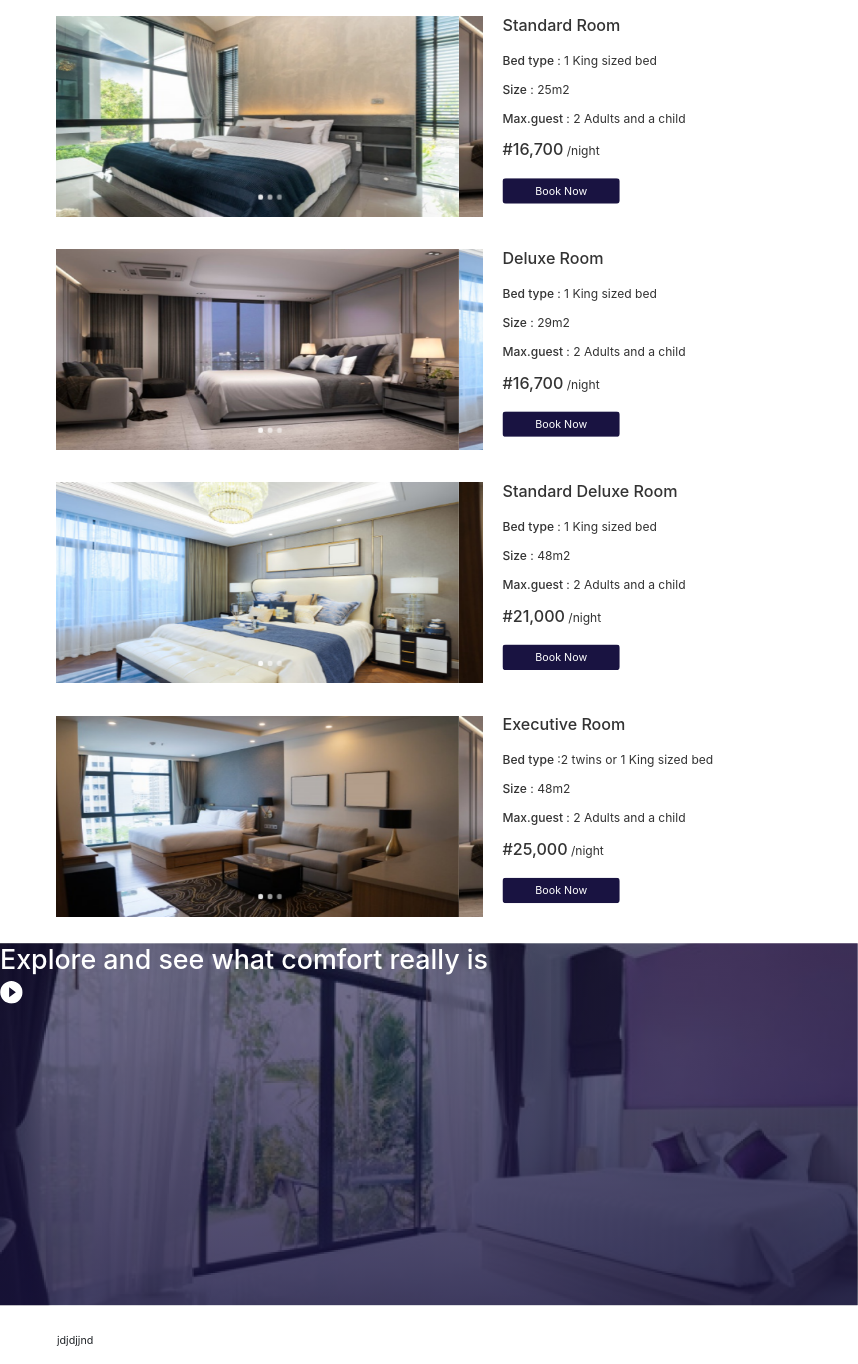
Repository: Syfon01/hotel-website
Page: room.html
The author's editor kept a copy of each file at every save. The page is drawn from the files as they stood at one save, then again after a run of saves.
The browser window is 1280 px wide. The pictures show the whole page, at 67% of full size.

Above is the page before, as saved 2020-06-08 19:21:27.

After the next 2 saves:
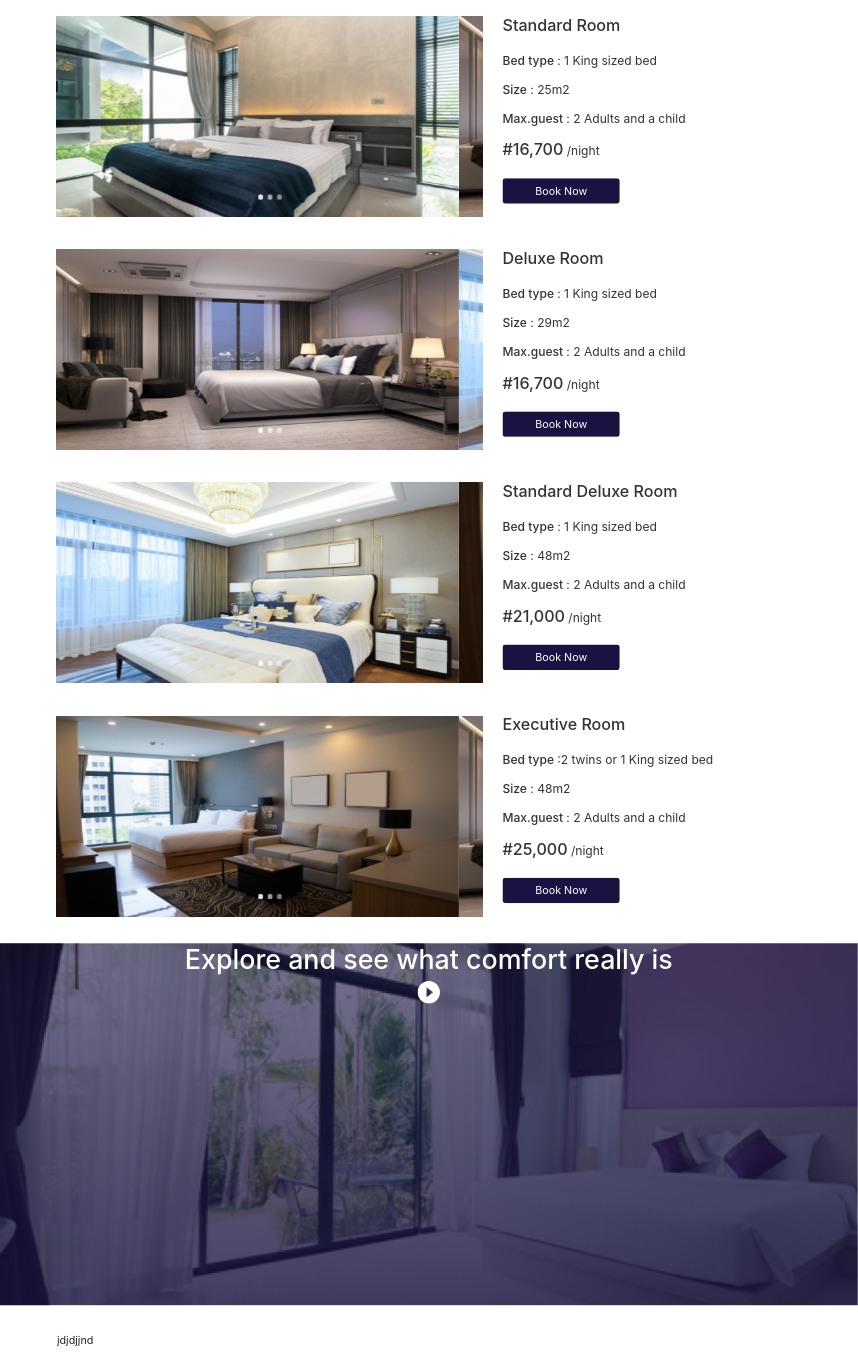
The 2 saves are shown as one change because they came seconds apart.
The last was saved 10 s later.
--- a/room.html
+++ b/room.html
@@ -148,12 +148,12 @@
     <div class="explore py-3">
       <div class='hero'>
         <div class="text-center">
+<h1>
+  Explore and see what comfort really is
+</h1>
+<img src="./img/play.svg" class="img-fluid" alt="" srcset="">
+        </div>
 
-        </div>
-        <h1>
-          Explore and see what comfort really is
-        </h1>
-        <img src="./img/play.svg" class="img-fluid" alt="" srcset="">
       </div>
 </div>
 
